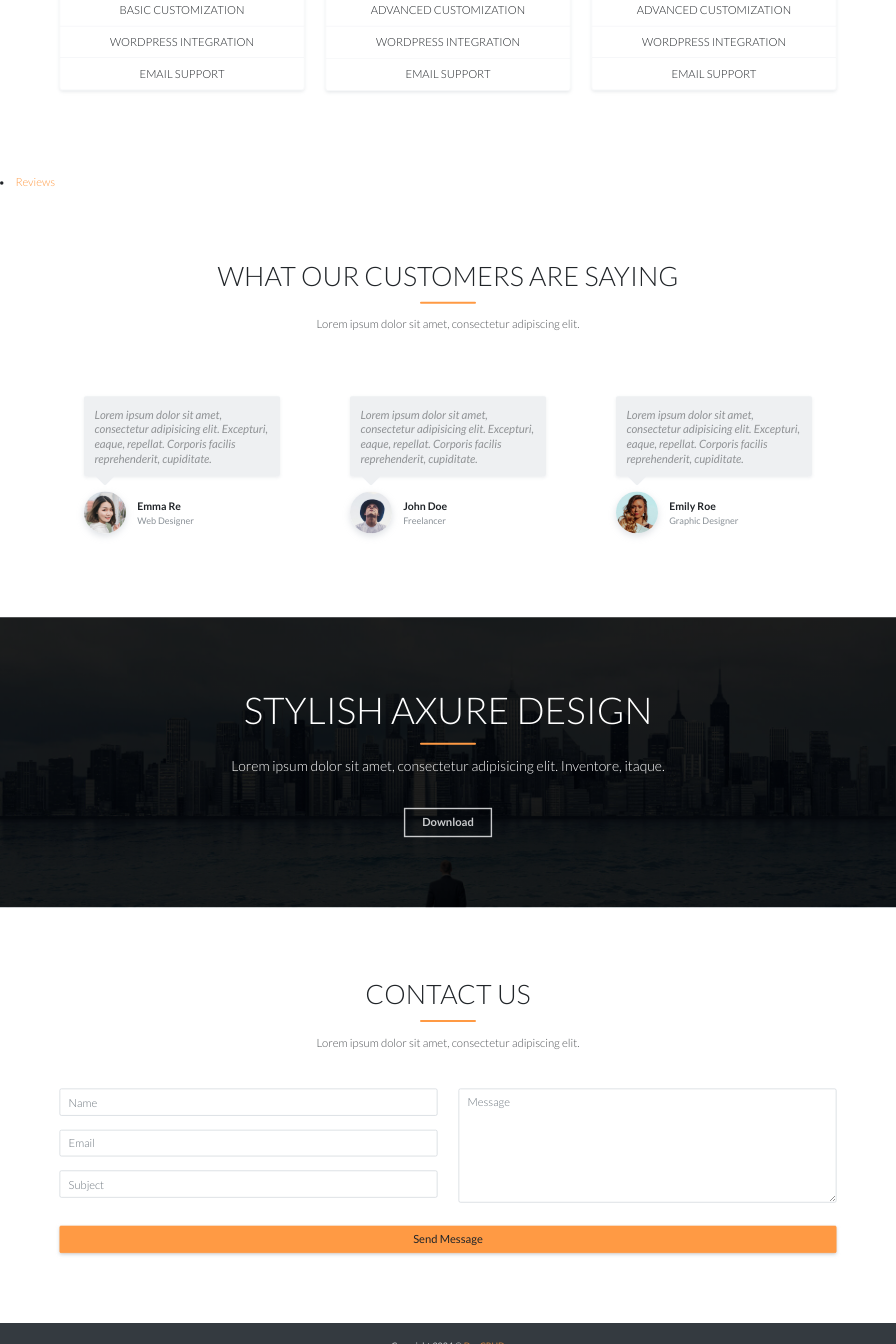
Repository: Jhuanca2023/examt2
Page: http://localhost/index
An editor plug-in stored every save of this project. The page is shown before and after the next save, followed by the edit.
The browser window is 1280 px wide. The pictures show the part of the page from y = 3740 to 5660 px (the page is 5740 px tall before and 5720 px after), at 70% of full size.
Backgrounds fixed to the window are drawn as part of the page. The page is this project's Thymeleaf template; nobody is signed in. The template is opened directly, without the code that normally fills it, so the values that code supplies are empty.

Above is the page before, as saved 2024-10-08 22:25:56.

### examt2/src/main/resources/templates/index.html
<!DOCTYPE html>
<html lang="en">
<head>
	<meta charset="utf-8">
    <meta name="viewport" content="width=device-width, initial-scale=1, shrink-to-fit=no">
    <meta name="description" content="Start your development with Rubic landing page.">
    <meta name="author" content="Devcrud">
    <title>Rubic Landing page | Free Bootstrap 4.1 landing page</title>
    <!-- font icons -->
    <link rel="stylesheet" href="assets/vendors/themify-icons/css/themify-icons.css">
    <!-- Bootstrap + Rubic main styles -->
	<link rel="stylesheet" href="assets/css/rubic.css">
</head>
<body data-spy="scroll" data-target=".navbar" data-offset="40" id="home">

    <nav id="scrollspy" class="navbar page-navbar navbar-dark navbar-expand-md fixed-top" data-spy="affix" data-offset-top="20">
        <div class="container">
            <a class="navbar-brand" href="#"><strong class="text-primary">RU</strong><span class="text-light">BIC</span></a>
            <button class="navbar-toggler" type="button" data-toggle="collapse" data-target="#navbarSupportedContent" aria-controls="navbarSupportedContent" aria-expanded="false" aria-label="Toggle navigation">
                <span class="navbar-toggler-icon"></span>
            </button>

            <div class="collapse navbar-collapse" id="navbarSupportedContent">
                <ul class="navbar-nav ml-auto">
                    <li class="nav-item">
                        <a class="nav-link" href="#features">Features</a>
                    </li>
                    <li class="nav-item">
                        <a class="nav-link" href="#about">About</a>
                    </li>
                    <li class="nav-item">
                        <a class="nav-link" href="#pricing">Pricing</a>
                    </li>
                    <li class="nav-item">
                        <a class="nav-link" href="#review">Reviews</a>
                    </li>
                    <li class="nav-item">
                        <a class="nav-link" href="#contact">Contact</a>
                    </li>
                    <li class="nav-item">
                        <a class="nav-link btn btn-primary text-dark shadow-none ml-md-4" href="components.html">Components</a>
                    </li>
                </ul>
            </div>
        </div>
    </nav>
    <header class="header d-flex justify-content-center">
        <div class="container">
            <div class="row h-100 align-items-center">
                <div class="col-md-7">
                    <div class="header-content">
                        <h3 class="header-title"><strong class="text-primary">RU</strong><span>BIC</span></h3>
                        <h4 class="header-subtitle">Creative Mylti-purpose Bootstrap theme </h4>
                        <p>Lorem ipsum dolor sit amet, consectetur adipisicing elit. Commodi dolores voluptatem voluptatum adipisci vel, beatae unde! Mollitia voluptatum, ullam quisquam optio!</p>
                        <button class="btn btn-outline-light btn-flat">Download</button>
                    </div>
                </div>
                <div class="col-md-5 d-none d-md-block">
                    <form class="header-form">
                        <div class="head">Try your <span class="text-primary">Free</span> trial today.</div>
                        <div class="body">
                            <div class="form-group">
                                <input type="text" class="form-control" placeholder="Name*">
                            </div>
                            <div class="form-group">
                                <input type="email" class="form-control" placeholder="Email*">
                            </div>
                            <div class="form-group">
                                <input type="password" class="form-control" placeholder="Password*">
                            </div>
                        </div>
                        <div class="footer">
                            <button class="btn btn-primary btn-block">Get Started</button>
                        </div>
                    </form>
                </div>
            </div>
        </div>
    </header>
    <div class="social-wrapper" id="features">
        <div class="container">
            <div class="social-txt">
                <h6 class="title">Social Media</h6>
                <p class="subtitle">Lorem ipsum dolor sit amet, consectetur adipisicing elit. Possimus voluptate numquam sed expedita vitae ipsa?</p>
            </div>
            <div class="social-links">
                <a href="javascript:void(0)" class="link"><i class="ti-facebook"></i></a>
                <a href="javascript:void(0)" class="link"><i class="ti-twitter-alt"></i></a>
                <a href="javascript:void(0)" class="link"><i class="ti-google"></i></a>
                <a href="javascript:void(0)" class="link"><i class="ti-pinterest-alt"></i></a>
                <a href="javascript:void(0)" class="link"><i class="ti-instagram"></i></a>
                <a href="javascript:void(0)" class="link"><i class="ti-rss"></i></a>
            </div>
        </div>
    </div>
    <section class="section">
        <div class="container">
            <div class="row justify-content-around">
                <div class="col-lg-8">
                    <div class="tabs-container">
                        <ul class="nav tab-nav" id="pills-tab">
                            <li class="item">
                                <a class="link active" id="pills-home-tab" data-toggle="pill" href="#pills-home"aria-selected="true">Tab 1</a>
                            </li>
                            <li class="item">
                                <a class="link" id="pills-profile-tab" data-toggle="pill" href="#pills-profile"aria-selected="false">Tab 2</a>
                            </li>
                            <li class="item">
                                <a class="link" id="pills-contact-tab" data-toggle="pill" href="#pills-contact"aria-selected="false">Tab 3</a>
                            </li>
                        </ul>
                        <div class="tab-content">
                            <div class="tab-pane fade show active" id="pills-home">
                                <h4 class="title">Some Title</h4>
                                <p>Lorem ipsum dolor sit amet, consectetur adipisicing elit. Laboriosam repellendus esse consectetur possimus voluptatem veniam quas ducimus ullam deleniti? Possimus, unde eveniet suscipit perspiciatis dicta numquam voluptate fuga id, optio.</p>
                                <p>Lorem ipsum dolor sit amet, consectetur adipisicing elit. Sit tempore molestiae excepturi commodi ullam provident, optio dicta, nulla officiis consectetur soluta et officia neque odio blanditiis aspernatur cum cumque error?</p>

                                <button class="btn btn-primary mt-3">Download</button>
                            </div>
                            <div class="tab-pane fade" id="pills-profile">
                                <h4 class="title">Another Title</h4>
                                <p>Lorem ipsum dolor sit amet, consectetur adipisicing elit. Velit unde totam nostrum, sunt accusamus in delectus aspernatur, nisi eligendi ipsum eum! Aspernatur recusandae nihil rem qui quam vero, saepe inventore tempora? Necessitatibus corporis, nam minus reiciendis rerum? Eius voluptatem facilis, vitae minima modi corrupti ullam, temporibus vel eum fugit inventore obcaecati provident ratione, ab aliquid perspiciatis commodi, autem in nemo.</p>
                                <p><strong>Lorem ipsum dolor sit amet, consectetur adipisicing.</strong></p>
                                <p>Lorem ipsum dolor sit amet, consectetur adipisicing elit. Sit tempore molestiae excepturi commodi ullam provident, optio dicta, nulla officiis consectetur soluta et officia neque odio blanditiis aspernatur cum cumque error?</p>
                            </div>
                            <div class="tab-pane fade" id="pills-contact">
                                <h4 class="title">Some Other </h4>
                                <p>Consectetur amet architecto, temporibus, debitis impedit dolore eius. Enim alias beatae architecto iusto incidunt pariatur reprehenderit impedit ipsum ex at deserunt, inventore corrupti rerum eius obcaecati. Itaque repellendus illum aut beatae ex quasi doloremque voluptatem. Numquam at possimus, obcaecati, voluptas aut vel nam recusandae pariatur error illum quaerat sunt! Ipsam rerum enim hic atque nemo debitis, voluptate obcaecati inventore culpa. Odit adipisci eos natus fugiat. Id, deserunt qui aliquam? Provident tempora repellat, repellendus consequatur quia dolor at dolore temporibus esse in rem ea necessitatibus quo nesciunt eos a dolorum voluptates, tenetur non eius quasi! Autem provident amet, maiores tenetur, eveniet dicta, laborum odio velit sint consequatur beatae nemo at! Aperiam magnam eveniet rerum, optio consequuntur quas maiores ullam necessitatibus nesciunt.</p>
                            </div>
                        </div>
                    </div>
                </div>
                <div class="col-lg-4 d-none d-lg-block align-self-center">
                    <img src="assets/imgs/eiffel-tower.svg" alt="" class="w-100 tower">
                </div>
            </div>
        </div>
    </section>
    <section class="section">
        <div class="container">
            <div class="row justify-content-between">
                <div class="col-md-5 align-self-center mb-4 mb-md-0">
                    <img src="assets/imgs/img.jpg" alt="" class="shadow w-100">
                </div>
                <div class="col-md-6 col-lg-5">
                    <h6 class="title">Section with Media list</h6>
                    <p>Consectetur adipisicing elit. Quam odit odio et neque perferendis perspiciatis magnam hic ut facilis possimus!consectetur adipisicing elit. Impedit repellat ipsam quaerat error odit commodi.</p>
                    <ul class="list-unstyled mt-4">
                        <li class="media">
                            <div class="circle-40 mr-3 mt-1"><i class="ti-gift"></i></div>
                            <div class="media-body">
                                <h6 class="mb-2">List-based media object</h6>
                                <p>Cras sit amet nibh libero, in gravida nulla.</p>
                            </div>
                        </li>
                        <li class="media">
                            <div class="circle-40 mr-3 mt-1"><i class="ti-face-smile"></i></div>
                            <div class="media-body">
                                <h6 class="mb-2">Another one</h6>
                                <p>Cras in gravida nulla. Nulla vel metus scelerisque ante sollicitudin.</p>
                            </div>
                        </li>
                        <li class="media">
                            <div class="circle-40 mr-3 mt-1"><i class="ti-microphone"></i></div>
                            <div class="media-body">
                                <h6 class="mb-2">One more</h6>
                                <p>Nulla vel metus scelerisque ante sollicitudin. Cras purus odio.</p>
                            </div>
                        </li>
                    </ul>
                </div>
            </div>
        </div>
    </section>
    <section class="section">
        <div class="container">
            <div class="row justify-content-between">
                <div class="col-md-6 col-lg-5 align-self-center">
                    <h6 class="title">Standard Picture Section</h6>
                    <p>Lorem ipsum dolor sit amet, consectetur adipisicing elit. Distinctio ut voluptatum ipsum. Rerum fuga cumque illo nihil nobis vero ducimus, animi voluptatum nemo facilis quae quia odit accusantium doloremque? Totam.</p>
                    <p><strong>Adipisicing elit. Quos ad doloribus numquam cum odio dolorem!</strong></p>
                    <p>Rerum fuga cumque consectetur adipisicing elit. Pariatur quis ipsum facere officiis magni ullam quasi fuga magnam dicta quas.</p>
                </div>
                <div class="col-md-5 mt-4 mt-md-0">
                    <img src="assets/imgs/img1.jpg" alt="" class="shadow w-100">
                </div>
            </div>
        </div>
    </section>
    <section class="section" id="about">
        <div class="container text-center">
            <h6 class="display-4 has-line">WHY THIS IS AWESOME</h6>
            <p class="mb-5 pb-4">Lorem ipsum dolor sit amet, consectetur adipiscing elit.</p>

            <div class="row">
                <div class="col-lg-4">
                    <div class="circle-100 mb-3"><i class="ti-light-bulb"></i></div>
                    <h6 class="title mb-3">Thoughtful Design</h6>
                    <p>Lorem ipsum dolor sit amet, consectetur adipisicing elit. Voluptas eveniet laborum, vero doloremque sunt tempora.</p>
                </div>
                <div class="col-lg-4">
                    <div class="circle-100 mb-3"><i class="ti-paint-bucket"></i></div>
                    <h6 class="title mb-3">WELL CRAFTED</h6>
                    <p>Lorem ipsum dolor sit amet, consectetur adipisicing elit. Voluptas eveniet laborum, vero doloremque sunt tempora.</p>
                </div>
                <div class="col-lg-4">
                    <div class="circle-100 mb-3"><i class="ti-marker-alt"></i></div>
                    <h6 class="title mb-3">EASY TO CUSTOMIZE</h6>
                    <p>Lorem ipsum dolor sit amet, consectetur adipisicing elit. Voluptas eveniet laborum, vero doloremque sunt tempora.</p>
                </div>
            </div>
        </div>
    </section>
    <section class="section" id="pricing">
        <div class="container text-center">
            <h6 class="display-4 has-line">PRICING OPTIONS</h6>
            <p class="mb-5 pb-4">Lorem ipsum dolor sit amet, consectetur adipiscing elit.</p>
            <div class="row pt-5">
                <div class="col-lg-4">
                    <a href="javascript:void(0)" class="pricing-card">
                        <div class="head">Basib</div>
                        <div class="body">
                            <h1><small>$</small>0</h1>
                            <p>Free for Life</p>
                        </div>
                        <ul class="list-group">
                            <li class="list-group-item">1 GB OF SPACE</li>
                            <li class="list-group-item">10 GB OF BANDWIDTH</li>
                            <li class="list-group-item">3 WEBSITES</li>
                            <li class="list-group-item">BASIC CUSTOMIZATION</li>
                            <li class="list-group-item">WORDPRESS INTEGRATION</li>
                            <li class="list-group-item">EMAIL SUPPORT</li>
                        </ul>
                    </a>
                </div>
                <div class="col-lg-4">
                    <a href="javascript:void(0)" class="pricing-card popular">
                        <div class="head">Professional</div>
                        <div class="body">
                            <h1><small>$</small>14.99</h1>
                            <p>Monthly Payment</p>
                        </div>
                        <div class="popular-item">OUR MOST POPULAR</div>
                        <ul class="list-group">
                            <li class="list-group-item">5 GB OF SPACE</li>
                            <li class="list-group-item">50 GB OF BANDWIDTH</li>
                            <li class="list-group-item">10 WEBSITES</li>
                            <li class="list-group-item">ADVANCED CUSTOMIZATION</li>
                            <li class="list-group-item">WORDPRESS INTEGRATION</li>
                            <li class="list-group-item">EMAIL SUPPORT</li>
                        </ul>
                    </a>
                </div>
                <div class="col-lg-4">
                    <a href="javascript:void(0)" class="pricing-card">
                        <div class="head">Enterprise</div>
                        <div class="body">
                            <h1><small>$</small>99</h1>
                            <p>Monthly Payment</p>
                        </div>
                        <ul class="list-group">
                            <li class="list-group-item">UNLIMITED OF SPACE</li>
                            <li class="list-group-item">UNLIMITED BANDWIDTH</li>
                            <li class="list-group-item">120 WEBSITES</li>
                            <li class="list-group-item">ADVANCED CUSTOMIZATION</li>
                            <li class="list-group-item">WORDPRESS INTEGRATION</li>
                            <li class="list-group-item">EMAIL SUPPORT</li>
                        </ul>
                    </a>
                </div>
            </div>
        </div>
    </section>
	<li><a href="/libros/reviews">Reviews</a></li>

    <section class="section" id="review">
        <div class="container text-center">
            <h6 class="display-4 has-line">WHAT OUR CUSTOMERS ARE SAYING</h6>
            <p class="mb-5 pb-4">Lorem ipsum dolor sit amet, consectetur adipiscing elit.</p>
            <div class="row text-left">
                <div class="col-md-4">
                    <div class="testmonial">
                        <p class="description"><i>Lorem ipsum dolor sit amet, consectetur adipisicing elit. Excepturi, eaque, repellat. Corporis facilis reprehenderit, cupiditate.</i></p>
                        <div class="media">
                            <img class="mr-3" src="assets/imgs/avatar1.jpg" width="60" alt="Generic placeholder image">
                            <div class="media-body">
                                <h6 class="title">Emma Re</h6>
                                <p class="text-muted">Web Designer</p>
                            </div>
                        </div>
                    </div>
                </div>
                <div class="col-md-4">
                    <div class="testmonial">
                        <p class="description"><i>Lorem ipsum dolor sit amet, consectetur adipisicing elit. Excepturi, eaque, repellat. Corporis facilis reprehenderit, cupiditate.</i></p>
                        <div class="media">
                            <img class="mr-3" src="assets/imgs/avatar2.jpg" width="60" alt="Generic placeholder image">
                            <div class="media-body">
                                <h6 class="title">John Doe</h6>
                                <p class="text-muted">Freelancer</p>
                            </div>
                        </div>
                    </div>
                </div>
                <div class="col-md-4">
                    <div class="testmonial">
                        <p class="description"><i>Lorem ipsum dolor sit amet, consectetur adipisicing elit. Excepturi, eaque, repellat. Corporis facilis reprehenderit, cupiditate.</i></p>
                        <div class="media">
                            <img class="mr-3" src="assets/imgs/avatar3.jpg" width="60" alt="Generic placeholder image">
                            <div class="media-body">
                                <h6 class="title">Emily Roe</h6>
                                <p class="text-muted">Graphic Designer</p>
                            </div>
                        </div>
                    </div>
                </div>
            </div>
        </div>
    </section>
    <section class="section has-img-bg text-center">
        <div class="container">
            <h6 class="display-3 has-line">STYLISH AXURE DESIGN</h6>
            <h5 class="mb-5 font-weight-light">Lorem ipsum dolor sit amet, consectetur adipisicing elit. Inventore, itaque.</h5>
            <button class="btn btn-outline-light btn-flat">Download</button>
        </div>
    </section>
    <section class="section" id="contact">
        <div class="container text-center">
            <h6 class="display-4 has-line">CONTACT US</h6>
            <p class="mb-5 pb-2">Lorem ipsum dolor sit amet, consectetur adipiscing elit.</p>

            <form>
                <div class="row mb-4">
                    <div class="col-md-6">
                        <div class="form-group pb-1">
                            <input type="text" class="form-control" required placeholder="Name">
                        </div>
                        <div class="form-group pb-1">
                            <input type="email" class="form-control" required placeholder="Email">
                        </div>
                        <div class="form-group ">
                            <input type="text" class="form-control" placeholder="Subject">
                        </div>
                    </div>
                    <div class="col-md-6">
                        <textarea name="" id="" cols="" rows="7" class="form-control" required placeholder="Message"></textarea>
                    </div>
                </div>
                <input type="submit" class="btn btn-primary btn-block" value="Send Message">
            </form>
        </div>
    </section>
    <footer class="footer py-4 bg-dark text-light">
        <div class="container text-center">
            <p class="mb-4 small">Copyright <script>document.write(new Date().getFullYear())</script> &copy; <a href="http://www.devcrud.com">DevCRUD</a></p>
            <div class="social-links">
                <a href="javascript:void(0)" class="link"><i class="ti-facebook"></i></a>
                <a href="javascript:void(0)" class="link"><i class="ti-twitter-alt"></i></a>
                <a href="javascript:void(0)" class="link"><i class="ti-google"></i></a>
                <a href="javascript:void(0)" class="link"><i class="ti-pinterest-alt"></i></a>
                <a href="javascript:void(0)" class="link"><i class="ti-instagram"></i></a>
                <a href="javascript:void(0)" class="link"><i class="ti-rss"></i></a>
            </div>
        </div>
    </footer>

	<!-- core  -->
    <script src="assets/vendors/jquery/jquery-3.4.1.js"></script>
    <script src="assets/vendors/bootstrap/bootstrap.bundle.js"></script>
    <!-- bootstrap 3 affix -->
	<script src="assets/vendors/bootstrap/bootstrap.affix.js"></script>

    <!-- Rubic js -->
    <script src="assets/js/rubic.js"></script>

</body>
</html>

Loaded but not shown: examt2/src/main/resources/static/assets/vendors/themify-icons/css/themify-icons.css (library); examt2/src/main/resources/static/assets/css/rubic.css (library); examt2/src/main/resources/static/assets/vendors/jquery/jquery-3.4.1.js (library); examt2/src/main/resources/static/assets/vendors/bootstrap/bootstrap.bundle.js (library); examt2/src/main/resources/static/assets/vendors/bootstrap/bootstrap.affix.js (library); examt2/src/main/resources/static/assets/imgs/eiffel-tower.svg (19 lines, source omitted); examt2/src/main/resources/static/assets/js/rubic.js (32 lines, source omitted)

After the next save:
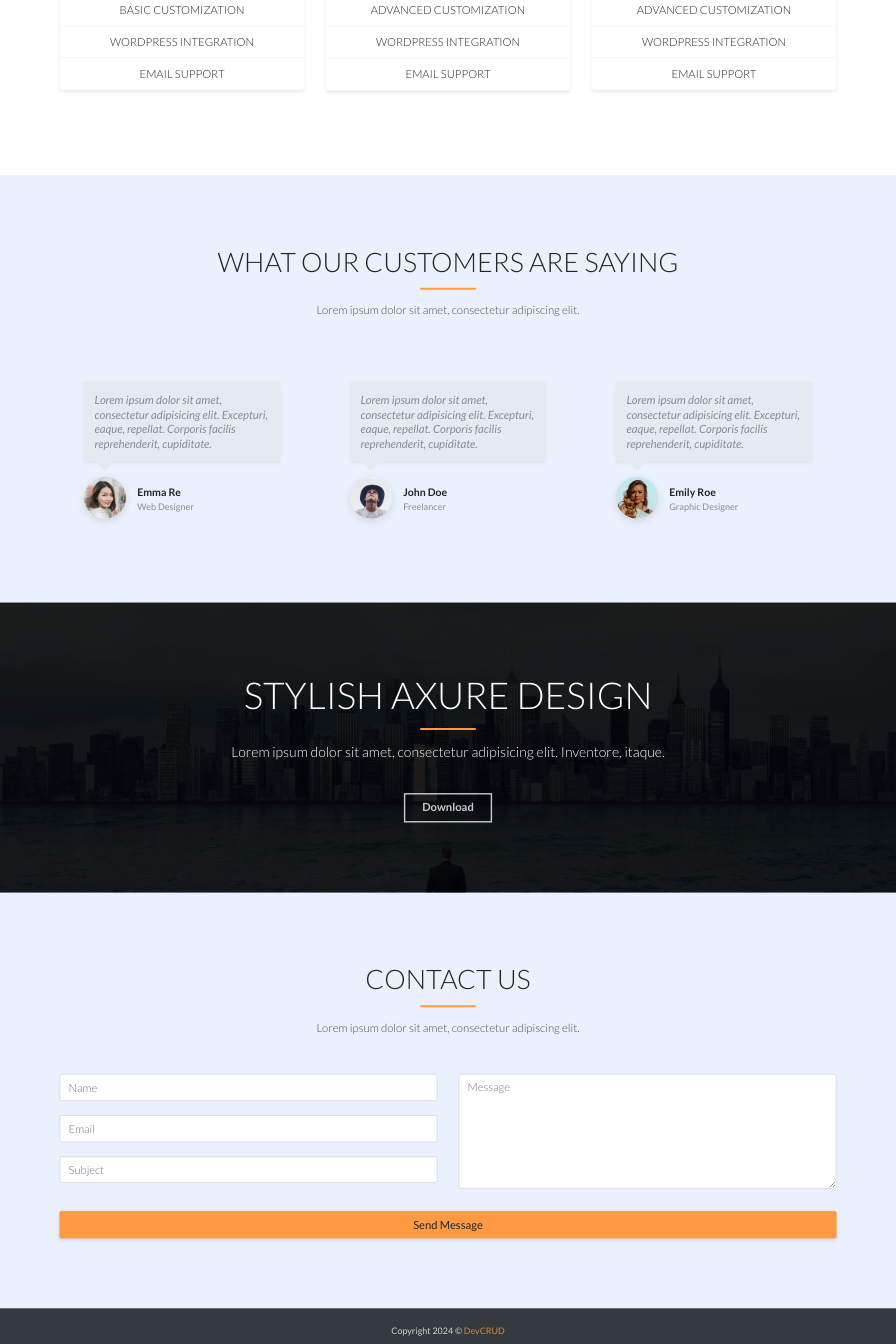
Saved 49 s later.
--- a/examt2/src/main/resources/templates/index.html
+++ b/examt2/src/main/resources/templates/index.html
@@ -271,7 +271,6 @@
             </div>
         </div>
     </section>
-	<li><a href="/libros/reviews">Reviews</a></li>
 
     <section class="section" id="review">
         <div class="container text-center">
